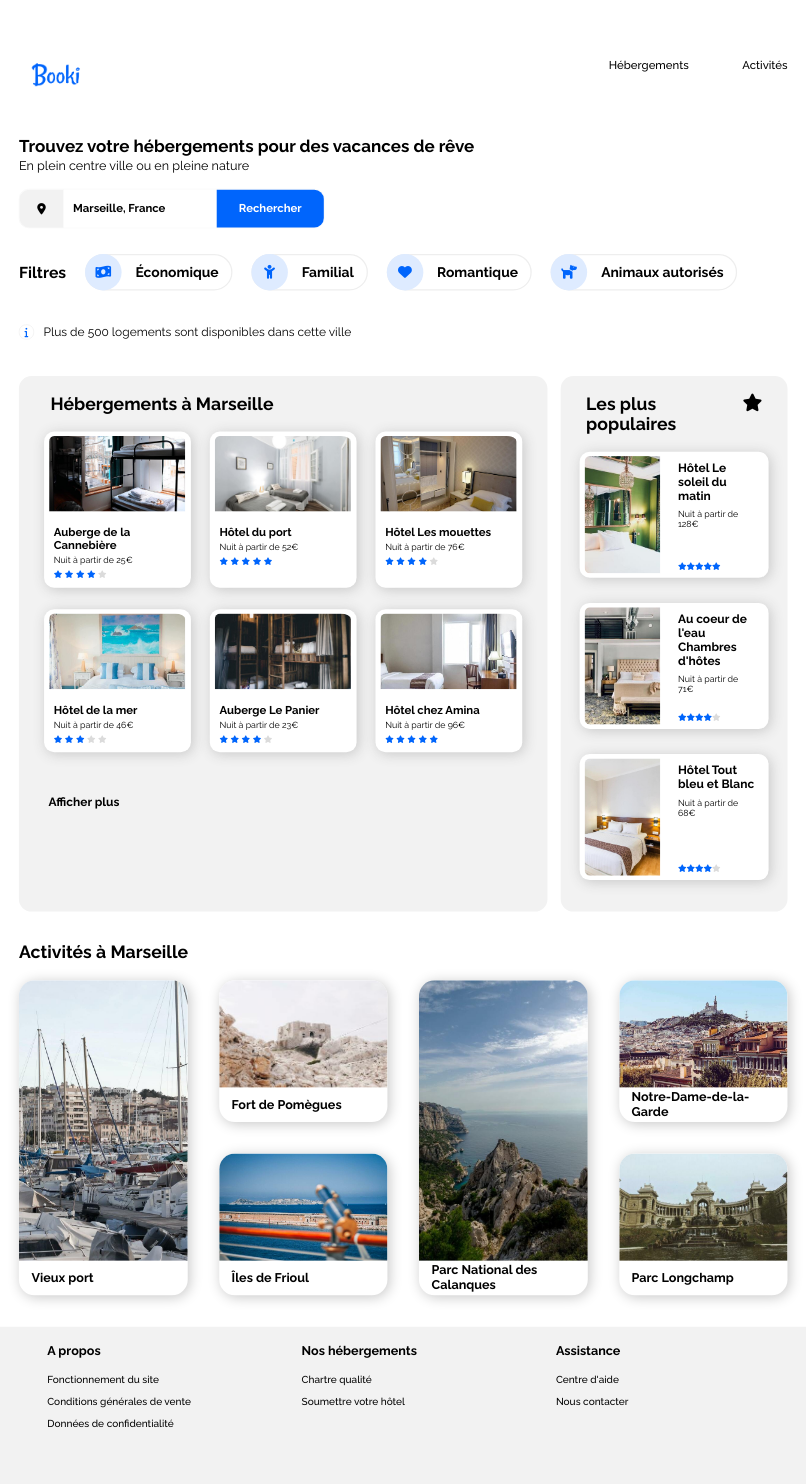
Repository: leandroBarbosaFR/booki
Page: index.html
These files come from the project's save history. The page is drawn as it stood at one moment and after a run of saves; the edit follows.
The browser window is 1280 px wide. The pictures show the whole page, at 63% of full size.

Above is the page before, as saved 2022-07-22 14:44:09.

After the next 2 saves:
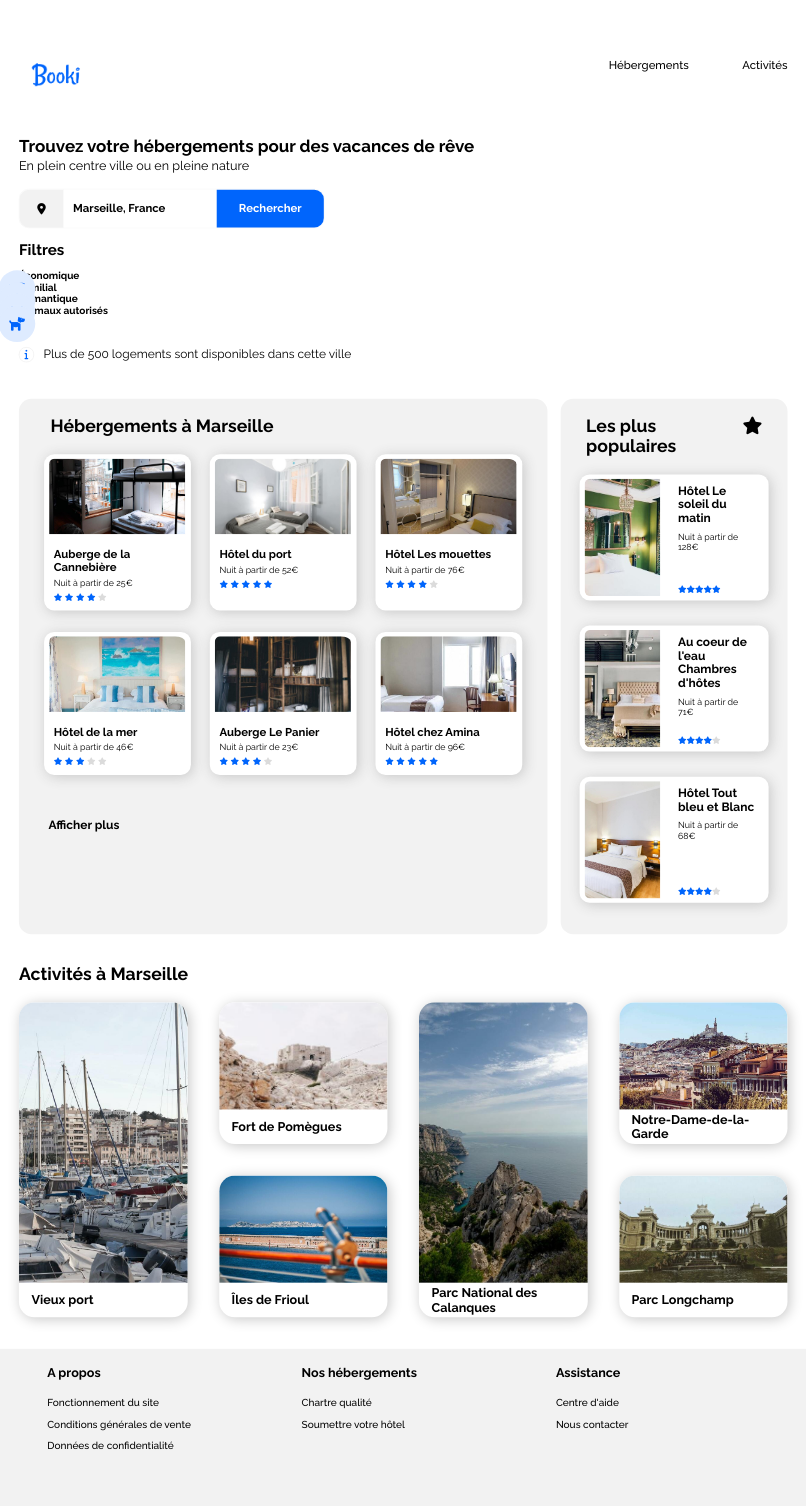
The 2 saves are shown as one change because they came seconds apart.
The last was saved 7 min 50 s later.
--- a/index.html
+++ b/index.html
@@ -45,7 +45,7 @@
             <i class="fa-solid fa-magnifying-glass"></i>
         </form>
         <!-- Filtres -->
-        <section class="filtres">
+        <!-- <section class="filtres">
             <h2 class="h2">Filtres</h2>
             <a href=# class="economique">
                 <i class="fa-solid fa-money-bill-wave"></i>
@@ -63,7 +63,37 @@
                 <i class="fa-solid fa-dog"></i>
                 <p class="text">Animaux autorisés</p>
             </a>
-        </section>
+        </section> -->
+        <div id="filtre_zone">
+          <h2 id="titre_filtrezone">Filtres</h2>
+          <div class="filtre">
+              <div class="filtre_icone">
+                  <i class="fas fa-money-bill-wave filtre_iconeIcon"></i>
+              </div>
+              <span class="titre_filtre"><strong>Économique</strong></span>
+          </div>
+
+          <div class="filtre">
+              <div class="filtre_icone">
+                  <i class="fas fa-child filtre_iconeIcon"></i>
+              </div>
+              <span class="titre_filtre"><strong>Familial</strong></span>
+          </div>
+
+          <div class="filtre">
+              <div class="filtre_icone">
+                  <i class="fas fa-heart filtre_iconeIcon"></i>
+              </div>
+              <span class="titre_filtre"><strong>Romantique</strong></span>
+          </div>
+
+          <div class="filtre">
+              <div class="filtre_icone">
+                  <i class="fas fa-dog filtre_iconeIcon"></i>
+              </div>
+              <span class="titre_filtre"><strong>Animaux autorisés</strong></span>
+          </div>
+      </div>
         <div class="information">
             <i class="fa-solid fa-info"></i>
             <p class="logement">Plus de 500 logements sont disponibles dans cette ville</p>
